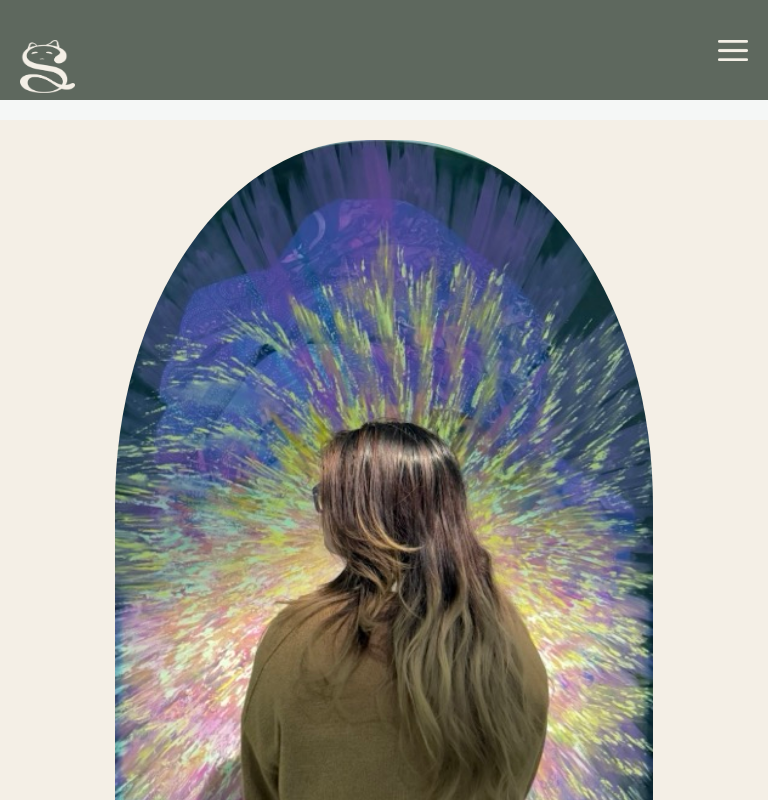
Repository: SandyLy453/portfolio
Page: /
An editor plug-in stored every save of this project. The page is shown before and after the next save, followed by the edit.
The browser window is 768 px wide. The pictures show the whole page.
An inner scrolling area shows only its first screen. The project was rebuilt for these pictures with package versions that can differ from the ones it lists, and the page was loaded fresh each time. The framework's server and built-in components were replaced by stand-ins that run in the browser. Also part of the build but not shown: next.config.mjs, modules/Footer/Footer.module.css, modules/Footer/Footer.js, modules/ProjectCard/ProjectCard.module.css, modules/ProjectCard/Projectcard.js.

Above is the page before, as saved 2025-02-17 17:24:30.

After the next save:
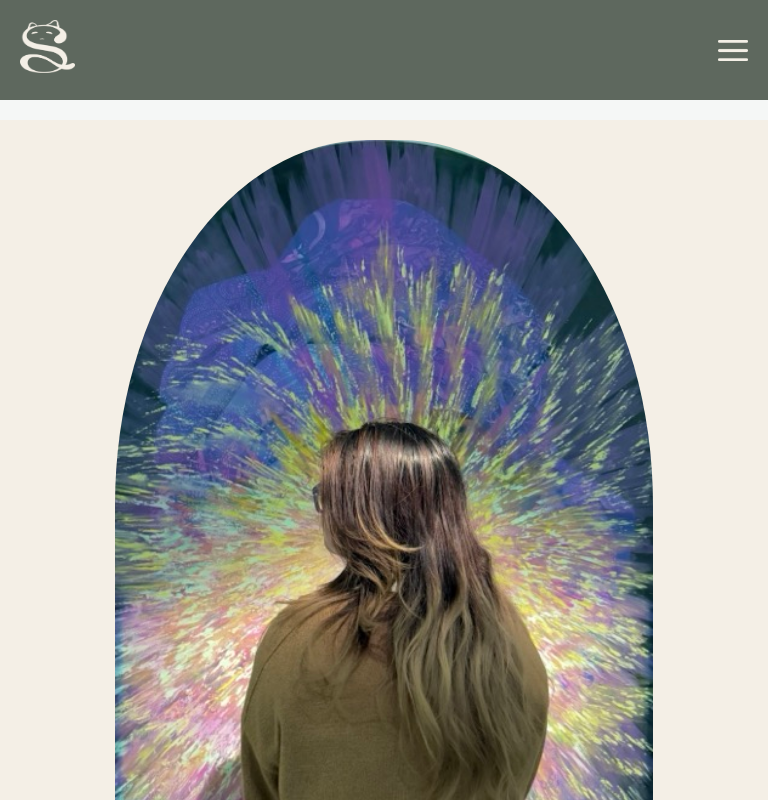
Saved 7 s later.
--- a/modules/Header/Header.module.css
+++ b/modules/Header/Header.module.css
@@ -90,7 +90,7 @@
         display: block;
         position: absolute;
         left: 20px;
-        top: 40px;
+        top: 20px;
         z-index: 10;
     }
 
